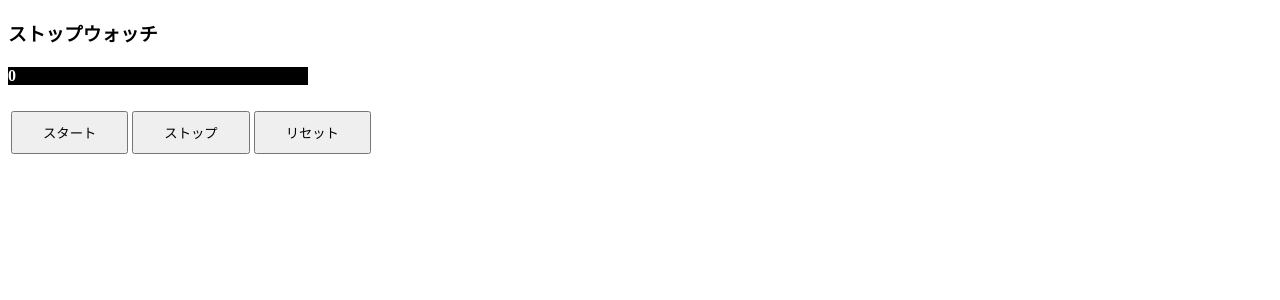
Repository: syokaturyou/potepan
Page: stop.html
The author's editor kept a record of every edit. The page is drawn from the files as they stood at one moment, then again after the next edit.
The browser window is 1280 px wide. The pictures show the whole page.
Some web libraries are served in a nearby version.

Above is the page before.

After the next edit:
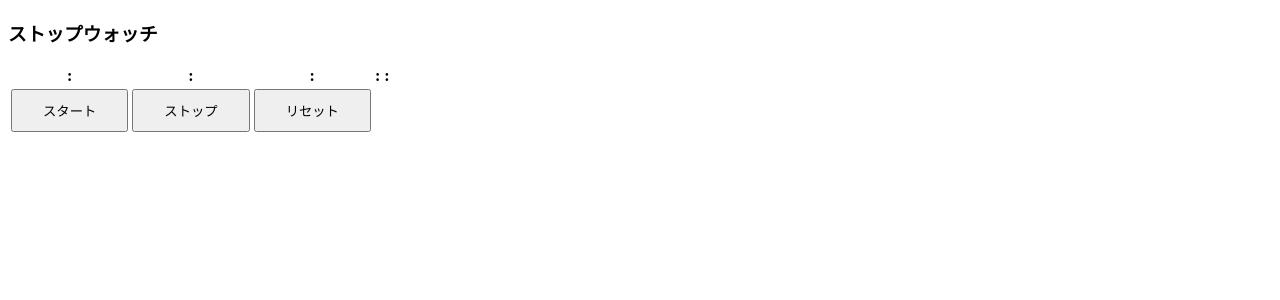
The edit:
--- a/stop.html
+++ b/stop.html
@@ -14,7 +14,11 @@
 
        <table>
           <tr>
-            <h4 class="target">0</h4>
+            <th>:</th>
+            <th>:</th>
+            <th>:</th>
+            <th>:</th>
+            <th>:</th>
           </tr>
           <tr>
             <th><button class="buttona">スタート</button></th>
